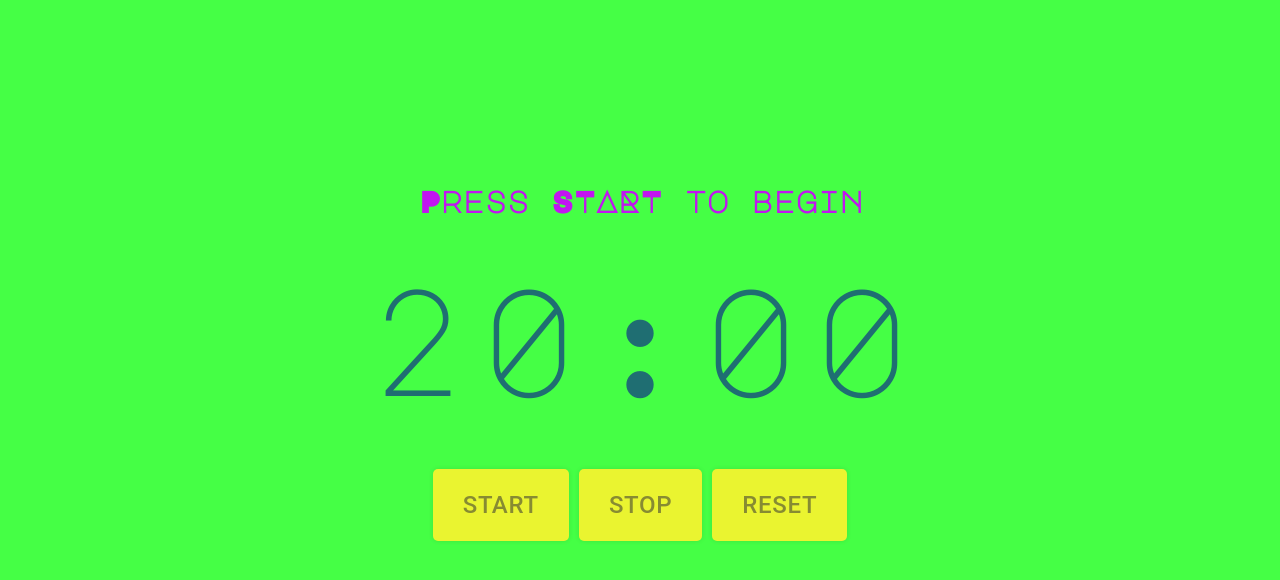
Repository: realistmccoy/pomodoro
Page: /
These files come from the project's save history. The page is drawn as it stood at one moment and after the next save; the edit follows.
The browser window is 1280 px wide. The pictures show the whole page.
The project was rebuilt for these pictures with package versions that can differ from the ones it lists, and the page was loaded fresh each time.

Above is the page before, as saved 2020-12-10 01:03:51.

### src/App.js
import React, { useState, useRef } from 'react';
import './App.css';
import { Button } from '@material-ui/core';

function padTime(time) {
	return time.toString().padStart(2, '0');
}

export default function App() {
	const [title, setTitle] = useState('Press START to begin');
	const [timeLeft, setTimeLeft] = useState(20 * 60);
	const intervalRef = useRef(null);

	function startTimer() {
		setTitle('FOCUS');
		intervalRef.current = setInterval(() => {
			setTimeLeft((timeLeft) => {
				if (timeLeft >= 1) return timeLeft - 1;

				return 0;
			});
		}, 1000);
	}

	function stopTimer() {
		setTitle('Get back to work');
		clearInterval(intervalRef.current);
		console.log(intervalRef.current);
	}

	function resetTimer() {
		clearInterval(intervalRef.current);
		setTitle('Ready to go another round?');
		setTimeLeft(20 * 60);
	}

	const minutes = padTime(Math.floor(timeLeft / 60));
	const seconds = padTime(timeLeft - minutes * 60);

	return (
		<div className='app'>
			<h2>{title}</h2>

			<div className='timer'>
				<span>{minutes}</span>
				<span>:</span>
				<span>{seconds}</span>
			</div>

			<div className='buttons'>
				<Button onClick={startTimer}>Start</Button>
				<Button onClick={stopTimer}>Stop</Button>
				<Button onClick={resetTimer}>Reset</Button>
			</div>
		</div>
	);
}

### src/App.css
@import url('https://fonts.googleapis.com/css2?family=Major+Mono+Display&display=swap');

* {
  box-sizing: border-box;
}

body {
  padding: 0;
  margin: 0;
  font-family: 'Major Mono Display', monospace;
  line-height: 1.5;
}

.app {
  min-height: 100vh;
  padding-left: 20px;
  padding-right: 20px;
  display: flex;
  flex-direction: column;
  align-items: center;
  justify-content: center;
  background: #45ff45;
  color: #2f9153;
}

h2 {
  color: #c115f0;
  font-size: 30px;
  text-align: center;
  margin: 0;
}

.timer {
  color: #1f6e72;
  font-size: 150px;
  margin-bottom: 20px;
}

.buttons button {
  outline: none;
  border: none;
  font-size: 24px;
  background: #eaf430;
  color: #878b32;
  border-radius: 5px;
  box-shadow: 0 0 5px rgba(0, 0, 0, 0.1);
  padding: 15px 30px;
  cursor: pointer;
  transition: 0.3s ease all;
}

.buttons button:hover {
  border-radius: 10px;
  background: #b9bf61;
  box-shadow: 0 0 10px rgba(0, 0, 0, 0.15);
  transform: translateY(-2px);
}

.buttons button:not(:last-child) {
  margin-right: 10px;
}

@media (max-width: 780px) {
  h2 {
    font-size: 22px;
  }

  .timer {
    font-size: 80px;
  }

  .buttons button {
    font-size: 18px;
  }
}

Loaded but not shown: public/index.html (common file); src/index.js (common file)

After the next save:
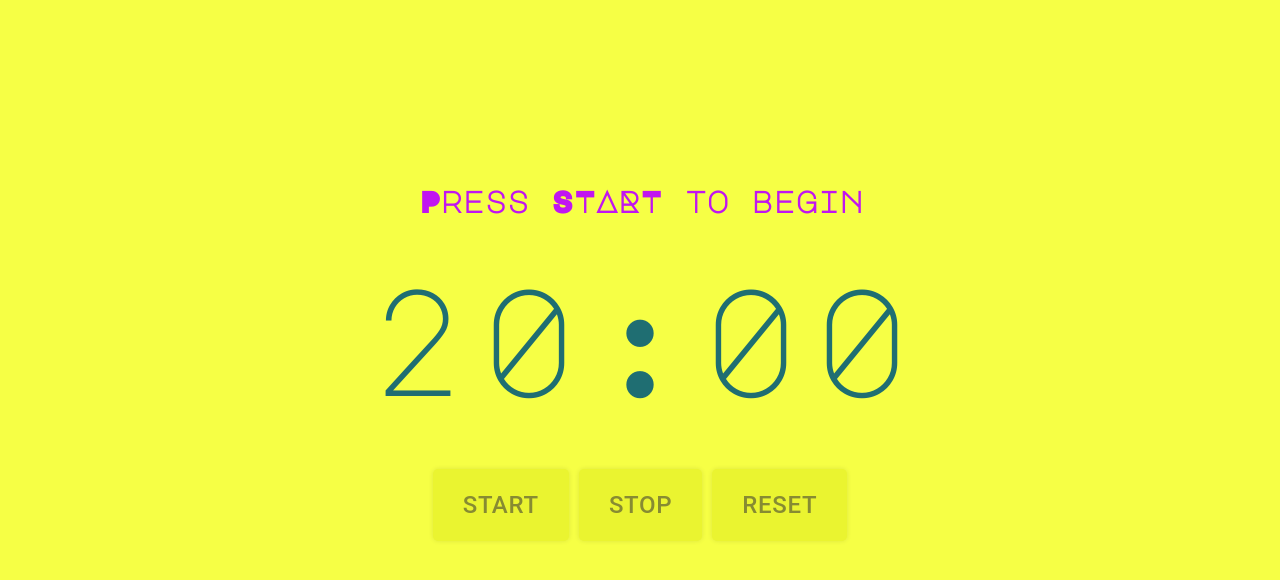
Saved 12 s later.
--- a/src/App.css
+++ b/src/App.css
@@ -19,7 +19,7 @@ body {
   flex-direction: column;
   align-items: center;
   justify-content: center;
-  background: #45ff45;
+  background: #f6ff45;
   color: #2f9153;
 }
 
